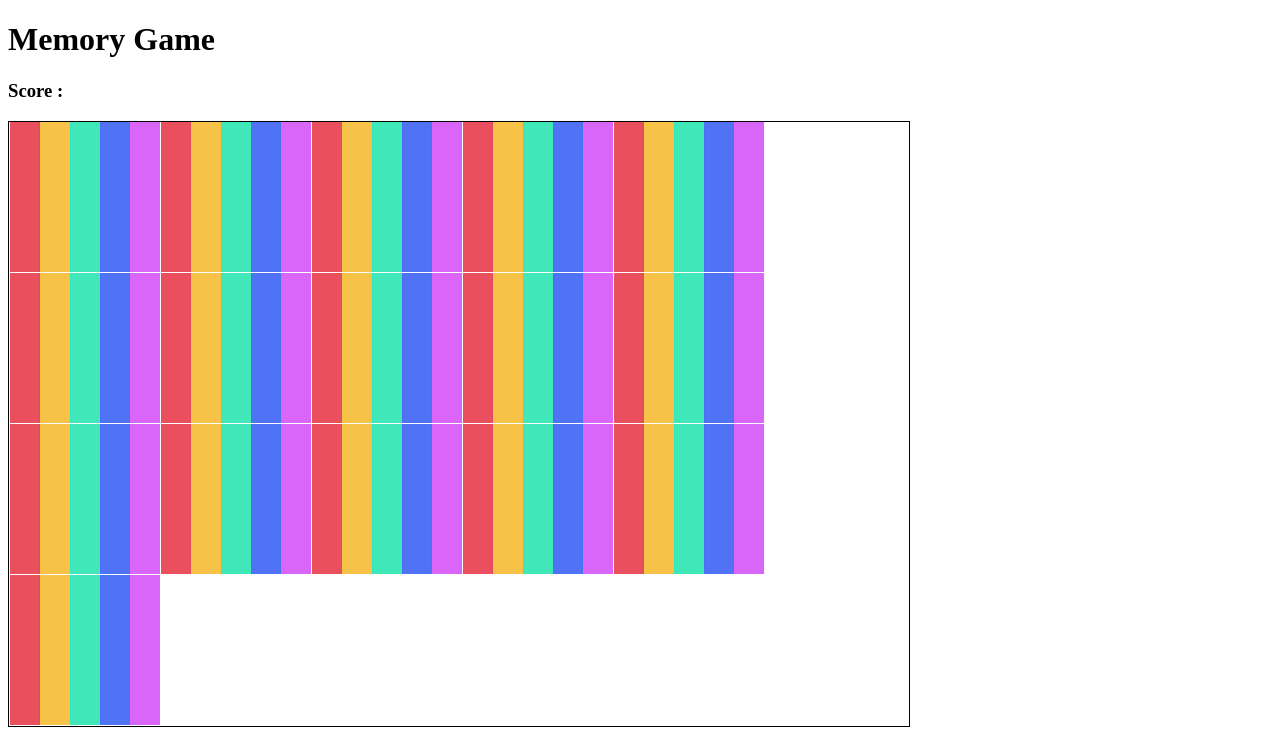
Repository: divyaravada/javascript-games
Page: memory-game/memorygame.html
These files come from the project's save history. The page is drawn as it stood at one moment and after the next save; the edit follows.
The browser window is 1280 px wide. The pictures show the whole page.

Above is the page before, as saved 2022-03-15 16:22:14.

### memory-game/memorygame.html
<!DOCTYPE html>
<html lang="en">
  <head>
    <meta charset="UTF-8" />
    <title>Memory Game</title>
    <link rel="stylesheet" href="./memorystyle.css" />
  </head>
  <body>
    <div>
      <h1>Memory Game</h1>
    </div>

    <div>
      <h3>Score : <span id="result"></span></h3>
    </div>

    <div id="grid"></div>

    <script src="./memory.js"></script>
  </body>
</html>

### memory-game/memorystyle.css
#grid {
  align-items: center;
  display: flex;
  width: 900px;
  flex-wrap: wrap;
  border: 1px solid black;
}
#grid img {
  width: 150px;
  height: 150px;
  padding: 0.5px;
}

### memory-game/memory.js
const cardArray = [
  {
    name: "redcar",
    img: "images/redcar.png",
  },
  {
    name: "whitecar",
    img: "images/whitecar.png",
  },
  {
    name: "yellowcar",
    img: "images/yellowcar.jpg",
  },
  {
    name: "purplecar",
    img: "images/purplecar.png",
  },
  {
    name: "greencar",
    img: "images/greencar.png",
  },
  {
    name: "browncar",
    img: "images/browncar.png",
  },
  {
    name: "bluecar",
    img: "images/bluecar.jpg",
  },
  {
    name: "blackcar",
    img: "images/blackcar.png",
  },
  {
    name: "redcar",
    img: "images/redcar.png",
  },
  {
    name: "whitecar",
    img: "images/whitecar.png",
  },
  {
    name: "yellowcar",
    img: "images/yellowcar.jpg",
  },
  {
    name: "purplecar",
    img: "images/purplecar.png",
  },
  {
    name: "greencar",
    img: "images/greencar.png",
  },
  {
    name: "browncar",
    img: "images/browncar.png",
  },
  {
    name: "bluecar",
    img: "images/bluecar.jpg",
  },
  {
    name: "blackcar",
    img: "images/blackcar.png",
  },
];

cardArray.sort(() => 0.5 - Math.random());

const gridDisplay = document.querySelector("#grid");
const resultDisplay = document.querySelector("#result");
let cardsChoosen = [];
let cardsChoosenIds = [];
const cardsWon = [];

function createBoard() {
  for (let i = 0; i < cardArray.length; i++) {
    const card = document.createElement("img");
    card.setAttribute("src", "images/rainbow.png");
    card.setAttribute("data-id", i);
    card.addEventListener("click", flipCard);
    gridDisplay.appendChild(card);
  }
}
createBoard();

function checkMatch() {
  const cards = document.querySelectorAll("img");
  const optionOneId = cardsChoosenIds[0];
  const optionTwoId = cardsChoosenIds[1];
  if (optionOneId == optionTwoId) {
    cards[optionOneId].setAttribute("src", "images/rainbow.png");
    cards[optionTwoId].setAttribute("src", "images/rainbow.png");
    alert("You have clicked the same image!");
  }

  if (cardsChoosen[0] == cardsChoosen[1]) {
    alert("You found a match");
    cards[optionOneId].setAttribute("src", "images/white.png");
    cards[optionTwoId].setAttribute("src", "images/white.png");
    cards[optionOneId].removeEventListener("click", flipCard);
    cards[optionTwoId].removeEventListener("click", flipCard);
    cardsWon.push(cardsChoosen);
  } else {
    cards[optionOneId].setAttribute("src", "images/rainbow.png");
    cards[optionTwoId].setAttribute("src", "images/rainbow.png");
    alert("Sorry Try again!");
  }
  resultDisplay.textContent = cardsWon.length;
  cardsChoosen = [];
  cardsChoosenIds = [];

  if (cardsWon.length == cardArray.length / 2) {
    resultDisplay.textContent = "Congratulations you found them all";
  }
}

function flipCard() {
  const cardId = this.getAttribute("data-id");
  cardsChoosen.push(cardArray[cardId].name);
  cardsChoosenIds.push(cardId);
  this.setAttribute("src", cardArray[cardId].img);
  if (cardsChoosen.length === 2) {
    setTimeout(checkMatch, 500);
  }
}

After the next save:
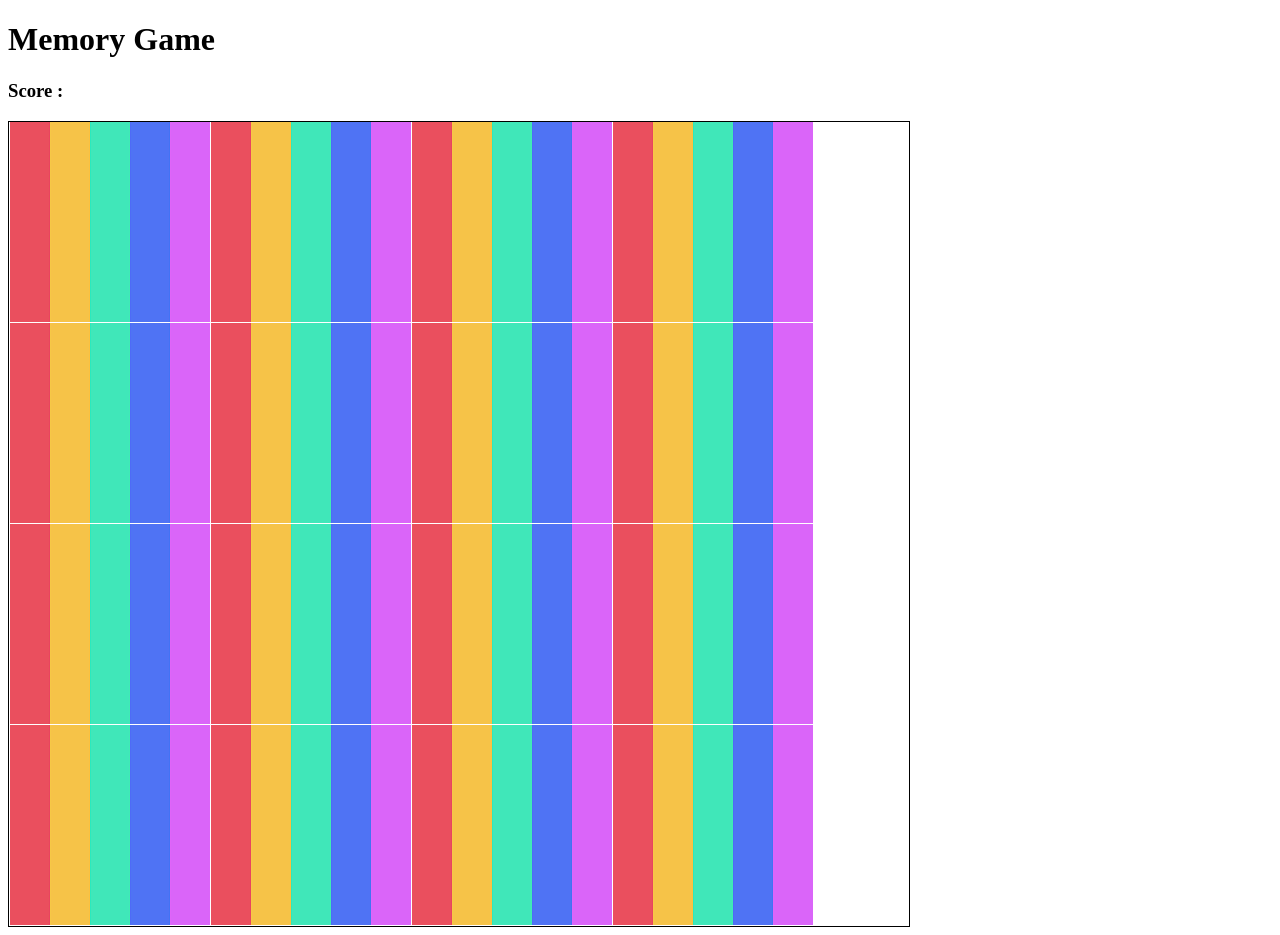
Saved 15 s later.
--- a/memory-game/memorystyle.css
+++ b/memory-game/memorystyle.css
@@ -6,7 +6,7 @@
   border: 1px solid black;
 }
 #grid img {
-  width: 150px;
-  height: 150px;
+  width: 200px;
+  height: 200px;
   padding: 0.5px;
 }
